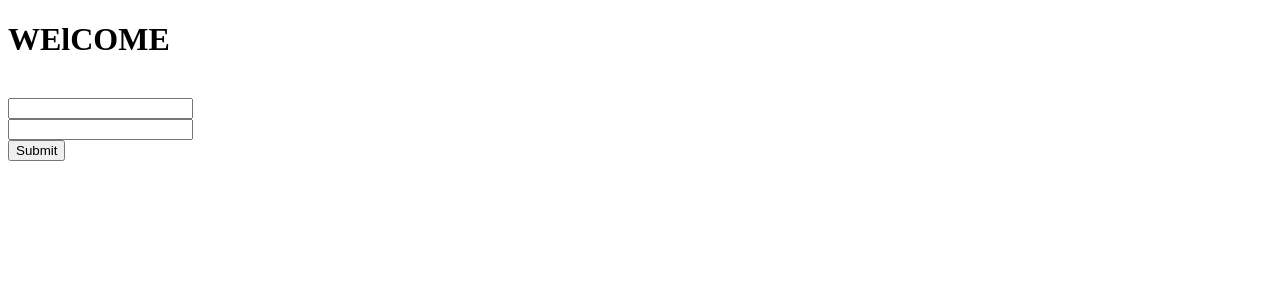
Repository: sandipgole/SpringBoot
Page: http://localhost/08_Jpa_mvc_H2_partTwo/
The author's editor kept a copy of each file at every save. The page is drawn from the files as they stood at one save, then again after the next save.
The browser window is 1280 px wide. The pictures show the whole page.
The page is served by Tomcat 9. Other server files are loaded and not shown.

Above is the page before, as saved 2019-11-23 10:33:28.

### 08_Jpa_mvc_H2_partTwo/src/main/webapp/index.jsp
<%@ page language="java" contentType="text/html; charset=ISO-8859-1"
    pageEncoding="ISO-8859-1"%>
<!DOCTYPE html>
<html>
<head>
<meta charset="ISO-8859-1">
<title>Insert title here</title>
</head>
<body>
<h1>WElCOME</h1><br>
	<form action="addAlien">
		<input type="text" name="aid"><br>
		<input type ="text" name="aname"><br>
		<input type="submit"><br>


	</form>
</body>
</html>

After the next save:
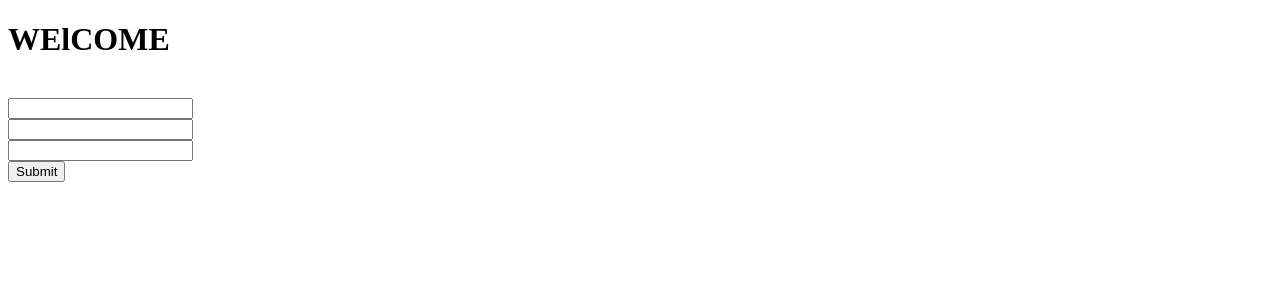
Saved 25 s later.
--- a/08_Jpa_mvc_H2_partTwo/src/main/webapp/index.jsp
+++ b/08_Jpa_mvc_H2_partTwo/src/main/webapp/index.jsp
@@ -11,6 +11,7 @@
 	<form action="addAlien">
 		<input type="text" name="aid"><br>
 		<input type ="text" name="aname"><br>
+		<input type="text" name="atech"><br>
 		<input type="submit"><br>
 
 
